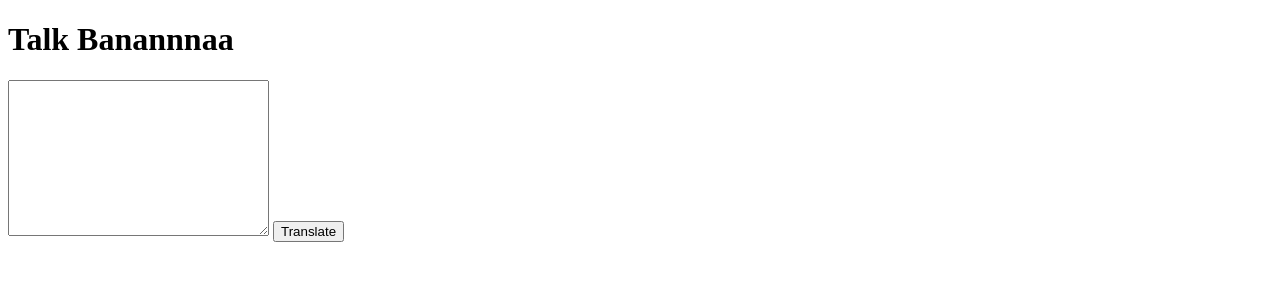
Repository: sohan2503001/Avator-speak
Page: index.html
These files come from the project's save history. The page is drawn as it stood at one moment and after the next save; the edit follows.
The browser window is 1280 px wide. The pictures show the whole page.

Above is the page before, as saved 2021-04-21 00:03:37.

After the next save:
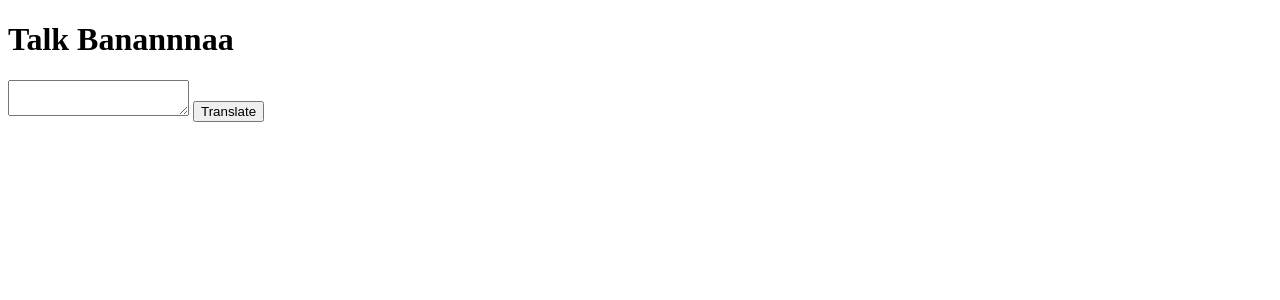
Saved 15 s later.
--- a/index.html
+++ b/index.html
@@ -9,7 +9,7 @@
 </head>
 <body>
     <h1>Talk Banannnaa</h1>
-    <textarea name="" id="" cols="30" rows="10"></textarea>
+    <textarea ></textarea>
     <button id="btn-translate">Translate</button>
 
 
